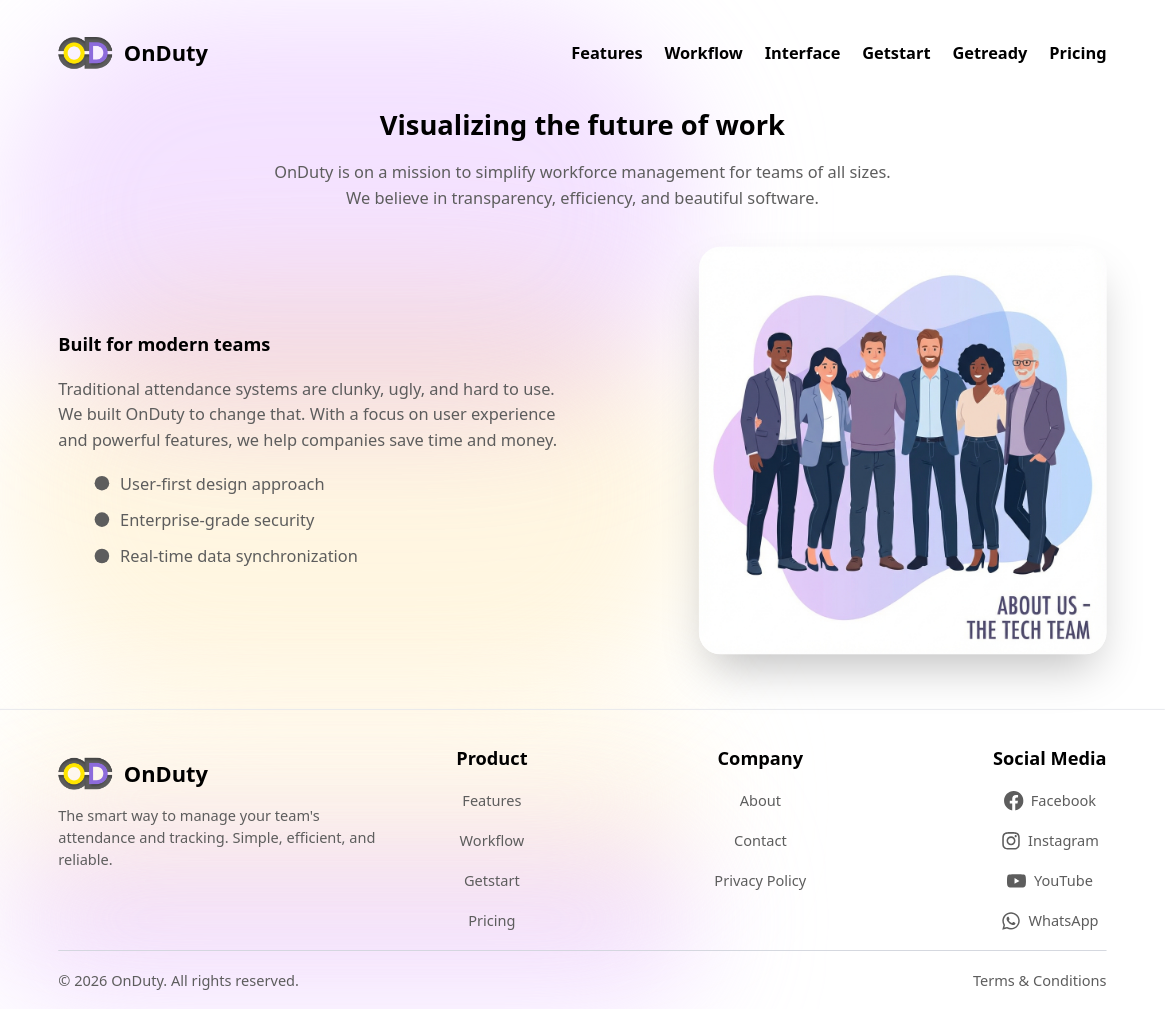
Repository: shekharzorin/ONDUTY-V1
Page: /about
An editor plug-in stored every save of this project. The page is shown before and after the next save, followed by the edit.
The browser window is 1280 px wide. The pictures show the whole page, at 91% of full size.
The project was rebuilt for these pictures with package versions that can differ from the ones it lists, and the page was loaded fresh each time. The framework's server and built-in components were replaced by stand-ins that run in the browser. Also part of the build but not shown: next.config.mjs, vite.config.js, app/components/ui/Crossicon.tsx.

Above is the page before, as saved 2026-01-17 16:57:08.

After the next save:
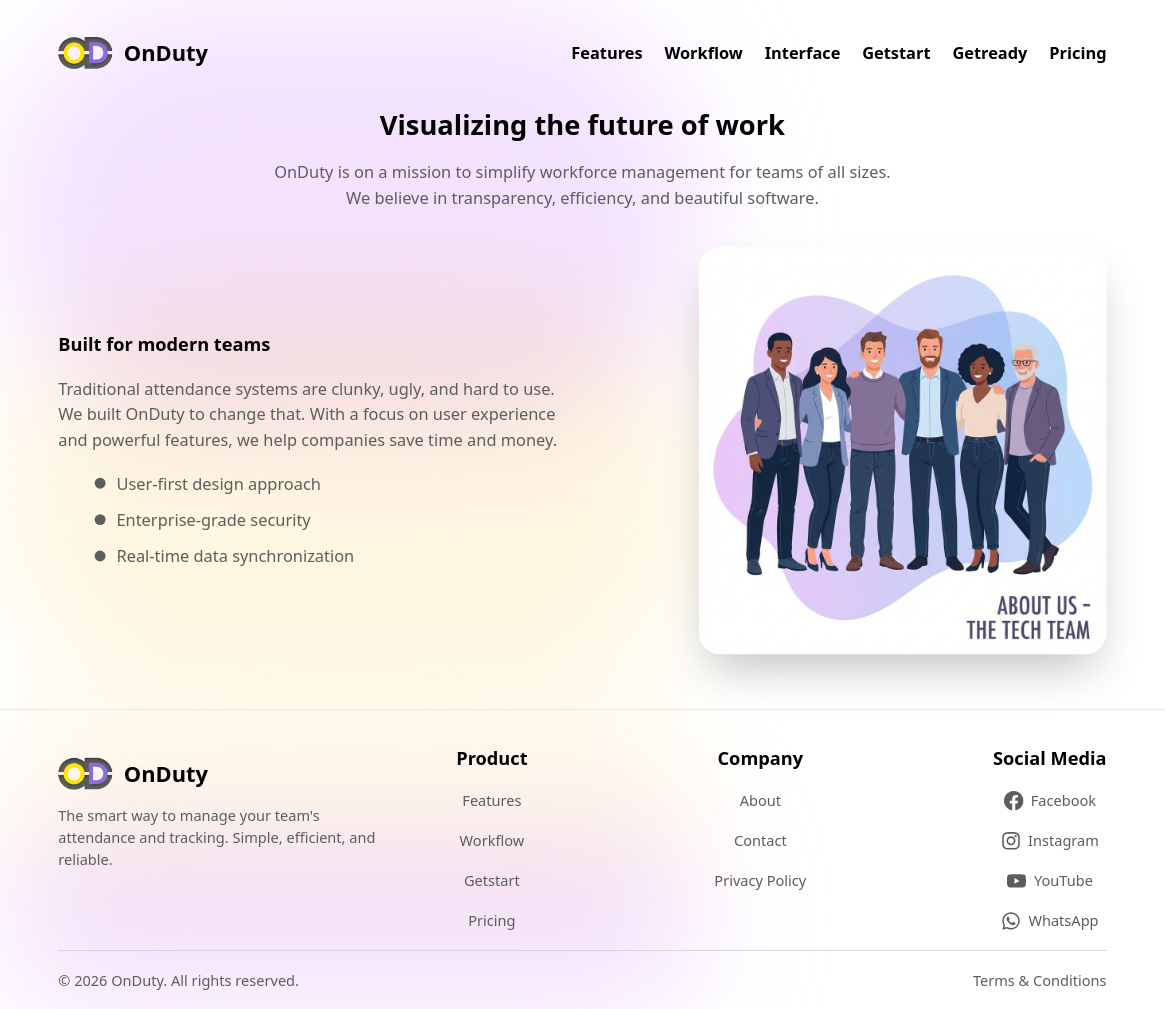
Saved 10 s later.
--- a/app/components/sections/about.tsx
+++ b/app/components/sections/about.tsx
@@ -35,17 +35,17 @@ const About = () => {
             <div className="flex items-center justify-center lg:justify-start lg:pl-10">
               <ul className="space-y-3 flex flex-col items-start justify-center md:text-lg text-(--color-gray)">
                 <li className="flex items-center gap-3">
-                  <span className="w-4 h-4 rounded-full bg-(--color-gray)"></span>
+                  <span className="w-3 h-3 rounded-full bg-(--color-gray)"></span>
                   <span>User-first design approach</span>
                 </li>
 
                 <li className="flex items-center gap-3">
-                  <span className="w-4 h-4 rounded-full bg-(--color-gray)"></span>
+                  <span className="w-3 h-3 rounded-full bg-(--color-gray)"></span>
                   <span>Enterprise-grade security</span>
                 </li>
 
                 <li className="flex items-center gap-3">
-                  <span className="w-4 h-4 rounded-full bg-(--color-gray)"></span>
+                  <span className="w-3 h-3 rounded-full bg-(--color-gray)"></span>
                   <span>Real-time data synchronization</span>
                 </li>
               </ul>
